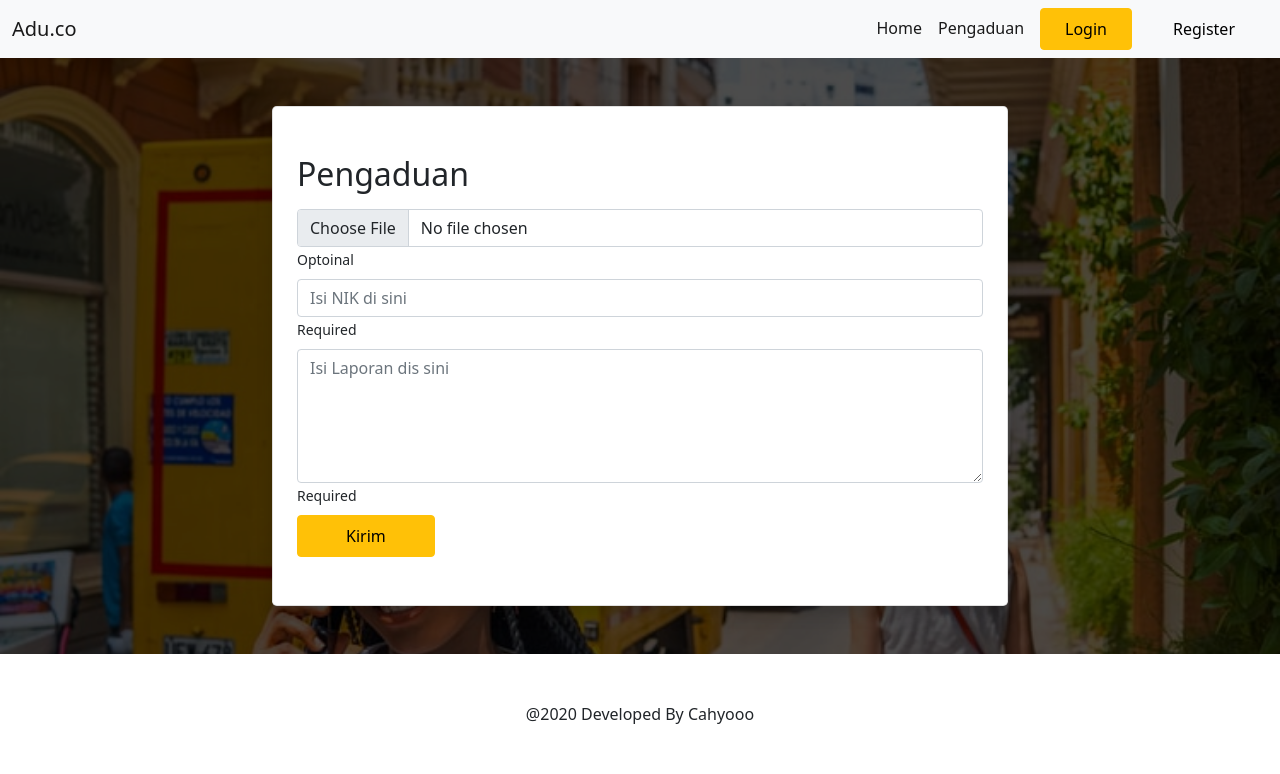
Repository: khulqu15/pengaduan2
Page: http://localhost/form/pengaduan
An editor plug-in stored every save of this project. The page is shown before and after the next save, followed by the edit.
The browser window is 1280 px wide. The pictures show the whole page.
Backgrounds fixed to the window are drawn as part of the page. The page is served by the project's Laravel application, run on PHP 8.4 with Laravel 8. Other server files are loaded and not shown.

Above is the page before, as saved 2021-02-23 21:28:17.

### routes/web.php
<?php

use App\Http\Controllers\PageController;
use App\Http\Controllers\UserController;
use Illuminate\Support\Facades\Route;

/*
|--------------------------------------------------------------------------
| Web Routes
|--------------------------------------------------------------------------
|
| Here is where you can register web routes for your application. These
| routes are loaded by the RouteServiceProvider within a group which
| contains the "web" middleware group. Now create something great!
|
*/

Route::get('/', [PageController::class, 'home'])->name('home');

Route::get('form/pengaduan', [PageController::class, 'pengaduanGet'])->name('form.pengaduan');
Route::post('form/pengaduan', [PageController::class, 'pengaduanGet'])->name('pengaduan.post');

Route::get('login', [UserController::class, 'loginGet'])->name('loginView');
Route::post('login', [UserController::class, 'loginPost'])->name('loginLogic');
Route::get('register', [UserController::class, 'registerGet'])->name('registerView');
Route::post('register', [UserController::class, 'registerPost'])->name('registerLogic');

### app/Http/Controllers/PageController.php
<?php

namespace App\Http\Controllers;

use Illuminate\Http\Request;

class PageController extends Controller
{
    public function home()
    {
        return view('welcome');
    }

    public function pengaduanGet()
    {
        return view('pengaduan');
    }
}

### resources/views/pengaduan.blade.php
@extends('layout.app')

@section('title', 'Pengaduan')

@section('content')
    <div class="container-fluid image-footer-home py-5">
        <div class="overlay"></div>
        <div class="container position-relative">
            <div class="row">
                <div class="col-md-8 offset-md-2">
                    <div class="card bg-white rounded-3 shadow py-5 px-4">
                        <h2>Pengaduan</h2>
                        <form action="{{ route('pengaduan.post') }}" method="POST" enctype="multipart/form-data">
                            @csrf
                            <div class="form-group my-2">
                                <input type="file" class="form-control" aria-describedby="picture-feedback" name="picture" id="picture">
                                <small id="picture-feedback">Optoinal</small>
                            </div>
                            <div class="form-group my-2">
                                <input type="text" class="form-control" aria-describedby="nik-feedback" name="nik" id="nik" placeholder="Isi NIK di sini">
                                <small id="nik-feedback">Required</small>
                            </div>
                            <div class="form-group my-2">
                                <textarea type="text" rows="5" required aria-describedby="text-feedback" name="text" class="form-control" placeholder="Isi Laporan dis sini"></textarea>
                                <small id="text-feedback">Required</small>
                            </div>
                            <button class="btn btn-warning px-5 py-2">Kirim</button>
                        </form>
                    </div>
                </div>
            </div>
        </div>
    </div>
@endsection

### resources/views/layout/app.blade.php
<!DOCTYPE html>
<html lang="en">
<head>
    <meta charset="UTF-8">
    <meta name="viewport" content="width=device-width, initial-scale=1.0">
    <meta http-equiv="X-UA-Compatible" content="ie=edge">
    <title>Pengaduan | @yield('title')</title>

    <link rel="stylesheet" href="{{ asset('css/bootstrap.min.css') }}">
    <link rel="stylesheet" href="{{ asset('css/all.min.css') }}">
    <link rel="stylesheet" href="{{ asset('css/fontawesome.min.css') }}">
    <link rel="stylesheet" href="{{ asset('css/style.css') }}">
    <link rel="stylesheet" href="{{ asset('css/slick.css') }}">
    <link rel="stylesheet" href="{{ asset('css/slick-theme.css') }}">

    <script src="{{ asset('js/jquery-3.5.1.min.js') }}"></script>
    <script src="{{ asset('js/bootstrap.min.js') }}"></script>
    <script src="{{ asset('js/all.min.js') }}"></script>
    <script src="{{ asset('js/fontawesome.min.js') }}"></script>
    <script src="{{ asset('js/slick.min.js') }}"></script>

    @yield('assets')

</head>
<body>
    <nav class="navbar navbar-expand-lg navbar-light bg-light">
        <div class="container-fluid">
          <a class="navbar-brand" href="#">Adu.co</a>
          <button class="navbar-toggler" type="button" data-bs-toggle="collapse" data-bs-target="#navbarSupportedContent" aria-controls="navbarSupportedContent" aria-expanded="false" aria-label="Toggle navigation">
            <span class="navbar-toggler-icon"></span>
          </button>
          <div class="collapse navbar-collapse" id="navbarSupportedContent">
            <ul class="navbar-nav ms-auto mb-2 mb-lg-0">
              <li class="nav-item">
                <a class="nav-link active" aria-current="page" href="{{ route('home') }}">Home</a>
              </li>
              <li class="nav-item">
                <a class="nav-link active" aria-current="page" href="{{ route('form.pengaduan') }}">Pengaduan</a>
              </li>
              <li class="nav-item">
                <a class="btn btn-warning mx-2 px-4 py-2" href="{{ route('loginView') }}">Login</a>
              </li>
              <li class="nav-item">
                <a class="btn btn-light mx-2 px-4 py-2" href="{{ route('registerView') }}">Register</a>
              </li>
            </ul>
          </div>
        </div>
      </nav>

    @yield('content')

    <footer class="container-fluid py-5">
        <div class="row">
            <div class="col-md-12 text-center">
                @2020 Developed By Cahyooo
            </div>
        </div>
    </footer>
</body>
</html>

### public/css/style.css
body {
    overflow-x: hidden !important;
}
.viga {
    font-family: 'Viga', sans-serif;
}
.bgm-primary {
    background-color: #E62A2A !important;
}
.btnm-primary {
    border: none;
    border-radius: 0px !important;
    transition: all .3s ease-in-out;
    background-color: #E62A2A !important;
    padding: 1rem 2rem;
    color: white;
}
.text-right {
    text-align: right !important;
}
.cursor-point {
    cursor: pointer;
}
.btnm-primary:hover {
    color: white !important;
    background-color: #c01c1c !important;
}
.btnm-light {
    border: none;
    border-radius: 0px !important;
    transition: all .3s ease-in-out;
    background-color: #f2f2f2 !important;
    padding: 1rem 2rem;
    color: #292929;
}
.btnm-light:hover {
    color: #292929 !important;
    background-color: #c2c2c2 !important;
}
.textm-primary {
    color: #E62A2A !important;
}
.textm-gray {
    color: gray !important;
}

.input-search-home {
    width: 80%;
    position: absolute;
    left: 10%;
    height: 60px;
    box-shadow: 0px 20px 40px -6px rgba(0, 0, 0, 0.12);
    top: -50px;
    background-color: white;
}
.input-search-home input {
    height: 60px;
}
.input-search-home button,
.input-search-home a {
    position: relative;
    top: -10px;
}


.card-product {
    width: 100%;
    transition: all .3s ease-in-out;
    height: 370px;
    background-color: white;
}
.card-product:hover {
    box-shadow: 12px 24px 48px rgba(0, 0, 0, 0.09);
}
.card-product .image {
    width: 100%;
    height: 170px;
    background-color: #f36c6c;
    overflow: hidden;
}
.card-product .image img {
    transition: all .3s ease-in-out;
}
.card-product .image:hover img {
    transform: scale(1.1);
    opacity: .6;
}
.image-fit-card {
    width: 100%;
    height: 100%;
    object-fit: cover !important;
}
.card-product .line-category {
    display: inline-block;
    width: 20px;
    height: 3px;
    background-color: gray;
}

.bg-hammer-bottom {
    background: url('../img/wallpaper/hammer.png');
    background-attachment: fixed;
    background-position: center;
    background-size: cover;
}

.input-email-footer {
    position: relative;
    width: 100%;
    height: 70px;
    box-shadow: 0px 19px 38px rgba(0, 0, 0, 0.12);
    background-color: white;
}
.input-email-footer input {
    height: 70px;
    width: 100%;
}
.input-email-footer button {
    position: relative;
    top: -8px
}

.menu-footer {
    color: rgba(255, 255, 255, .5);
}
.menu-footer:hover {
    color: rgba(255, 255, 255, 1);
    cursor: pointer;
    transition: all .4s ease-in-out;
}
.menu-footer .icon {
    position: absolute;
    right: -50px;
    opacity: 0;
    transition: all .2s ease-in-out;
    visibility: hidden;
}
.menu-footer:hover .icon {
    position: relative;
    opacity: 1;
    right: 0;
    visibility: visible;
}
.menu-footer .menu-title {
    transition: all .2s ease-in-out;
    position: relative;
    font-size: 3rem;
    right: -10px;
}
.menu-footer:hover .menu-title {
    position: relative;
    right: 0px;
}

.icons-footer svg {
    transition: all .2s ease-in-out;
    color: #c2c2c2;
    margin: 0px .8rem;
    font-size: 1.4rem;
}

.icons-footer svg:hover {
    cursor: pointer;
    color: #767676;
}

.navbar {
    transition: all .3s ease-in-out;
    z-index: 100;
}
.burger {
    margin: 10px 0px 0px 0px;
}
.burger div {
    width: 40px;
    height: 5px;
    margin: 7px 0px;
    background-color: #767676;
}
.image-footer-home {
    background-image: url('../img/wallpaper/1.jpg');
    background-size: cover;
    background-attachment: fixed;
    position: relative;
}
.image-footer-home .overlay {
    background-color: rgba(0, 0, 0, 0.7);
    position: absolute;
    left: 0;
    top: 0;
    width: 100%;
    height: 100%;
}

Loaded but not shown: app/Http/Controllers/Controller.php (common file); public/css/bootstrap.min.css (library); public/css/all.min.css (library); public/css/fontawesome.min.css (library); public/css/slick.css (common file); public/css/slick-theme.css (library); public/js/jquery-3.5.1.min.js (library); public/js/bootstrap.min.js (library); public/js/fontawesome.min.js (library); public/js/slick.min.js (library)

After the next save:
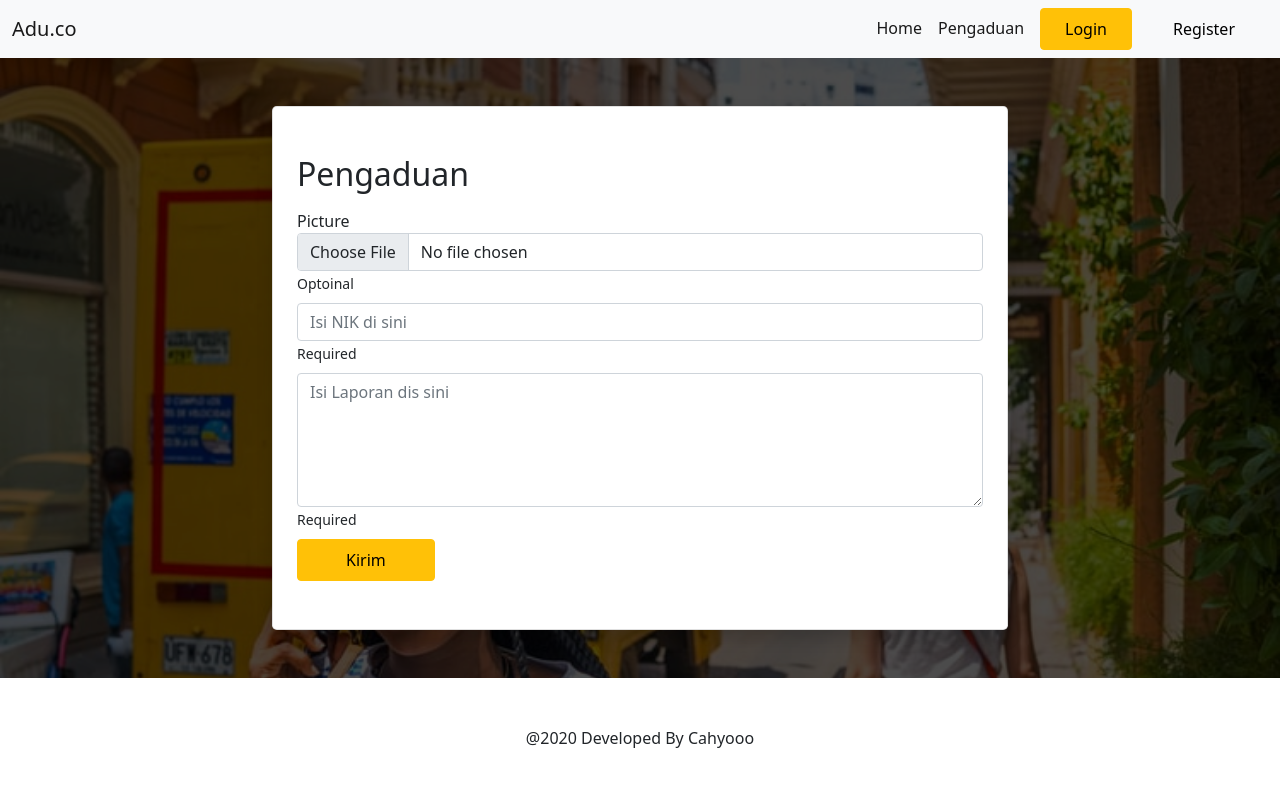
Saved 24 s later.
--- a/resources/views/pengaduan.blade.php
+++ b/resources/views/pengaduan.blade.php
@@ -13,7 +13,8 @@
                         <form action="{{ route('pengaduan.post') }}" method="POST" enctype="multipart/form-data">
                             @csrf
                             <div class="form-group my-2">
-                                <input type="file" class="form-control" aria-describedby="picture-feedback" name="picture" id="picture">
+                                <label for="picture">Picture</label>
+                                <input type="file" class="form-control" id="picture" aria-describedby="picture-feedback" name="picture" id="picture">
                                 <small id="picture-feedback">Optoinal</small>
                             </div>
                             <div class="form-group my-2">
